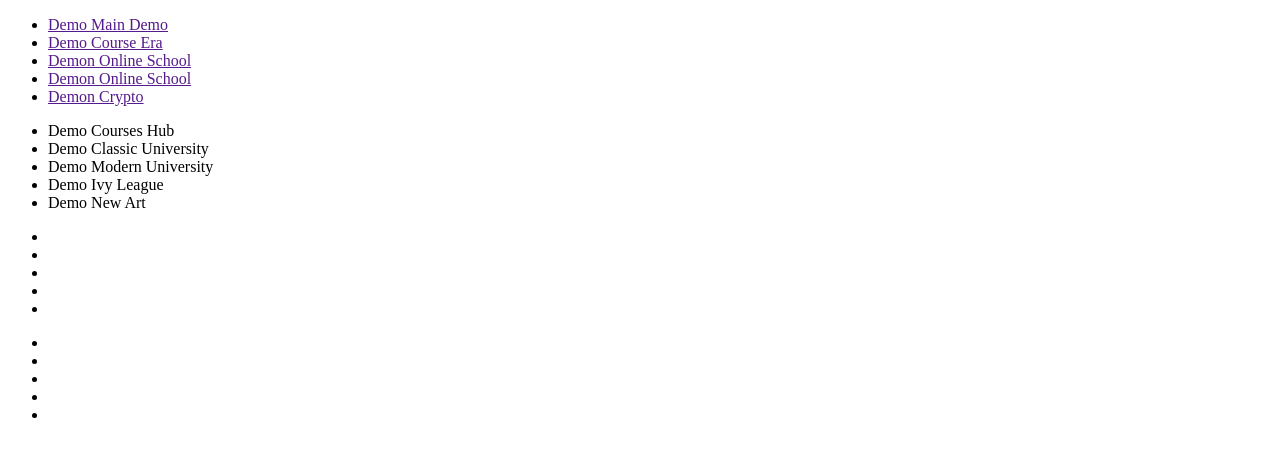
Repository: ibrkhalil/EduWebsite
Page: test.html
These files come from the project's save history. The page is drawn as it stood at one moment and after a run of saves; the edit follows.
The browser window is 1280 px wide. The pictures show the whole page.

Above is the page before, as saved 2020-11-18 15:03:31.

### test.html
<!DOCTYPE html>
<html lang="en">
<head>
    <meta charset="UTF-8">
    <meta name="viewport" content="width=device-width, initial-scale=1.0">
    <title>Document</title>
</head>
<body>
    <ul>
        <li><a href="">Demo Main Demo</a></li>
        <li><a href="">Demo Course Era</a></li>
        <li><a href="">Demon Online School</a></li>
        <li><a href="">Demon Online School</a></li>
        <li><a href="">Demon Crypto</a></li>
    </ul>
    <ul>
        <li>Demo Courses Hub</li>
        <li>Demo Classic University</li>
        <li>Demo Modern University</li>
        <li>Demo Ivy League</li>
        <li>Demo New Art</li>
    </ul>
    <ul>
        <li></li>
        <li></li>
        <li></li>
        <li></li>
        <li></li>
    </ul>
    <ul>
        <li></li>
        <li></li>
        <li></li>
        <li></li>
        <li></li>
    </ul>
</body>
</html>

After the next 2 saves:
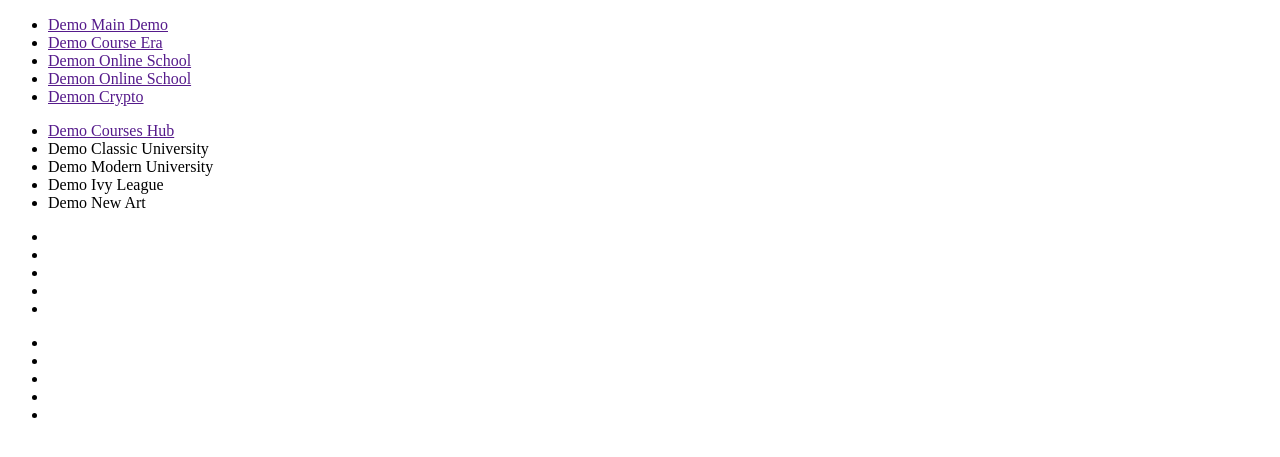
The 2 saves are shown as one change because they came seconds apart.
The last was saved 9 s later.
--- a/test.html
+++ b/test.html
@@ -14,7 +14,7 @@
         <li><a href="">Demon Crypto</a></li>
     </ul>
     <ul>
-        <li>Demo Courses Hub</li>
+        <li><a href="">Demo Courses Hub</a></li>
         <li>Demo Classic University</li>
         <li>Demo Modern University</li>
         <li>Demo Ivy League</li>
